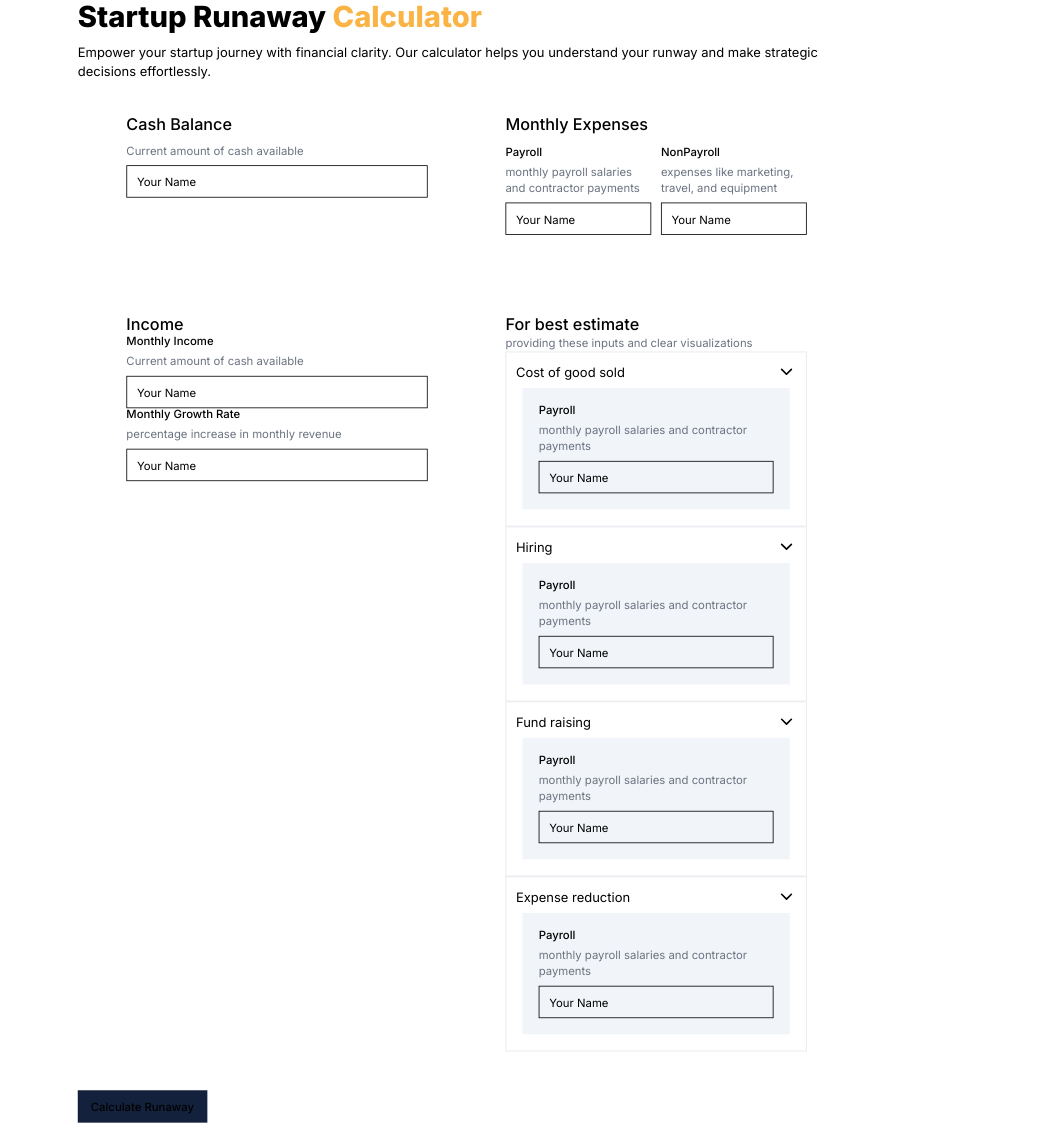
Repository: wossenF/startup-runaway-calculator
Page: /
These files come from the project's save history. The page is drawn as it stood at one moment and after a run of saves; the edit follows.
The browser window is 1280 px wide. The pictures show the whole page, at 81% of full size.
The project was rebuilt for these pictures with package versions that can differ from the ones it lists, and the page was loaded fresh each time. The framework's server and built-in components were replaced by stand-ins that run in the browser. Also part of the build but not shown: next.config.mjs.

Above is the page before, as saved 2024-04-08 14:19:31.

After the next 2 saves:
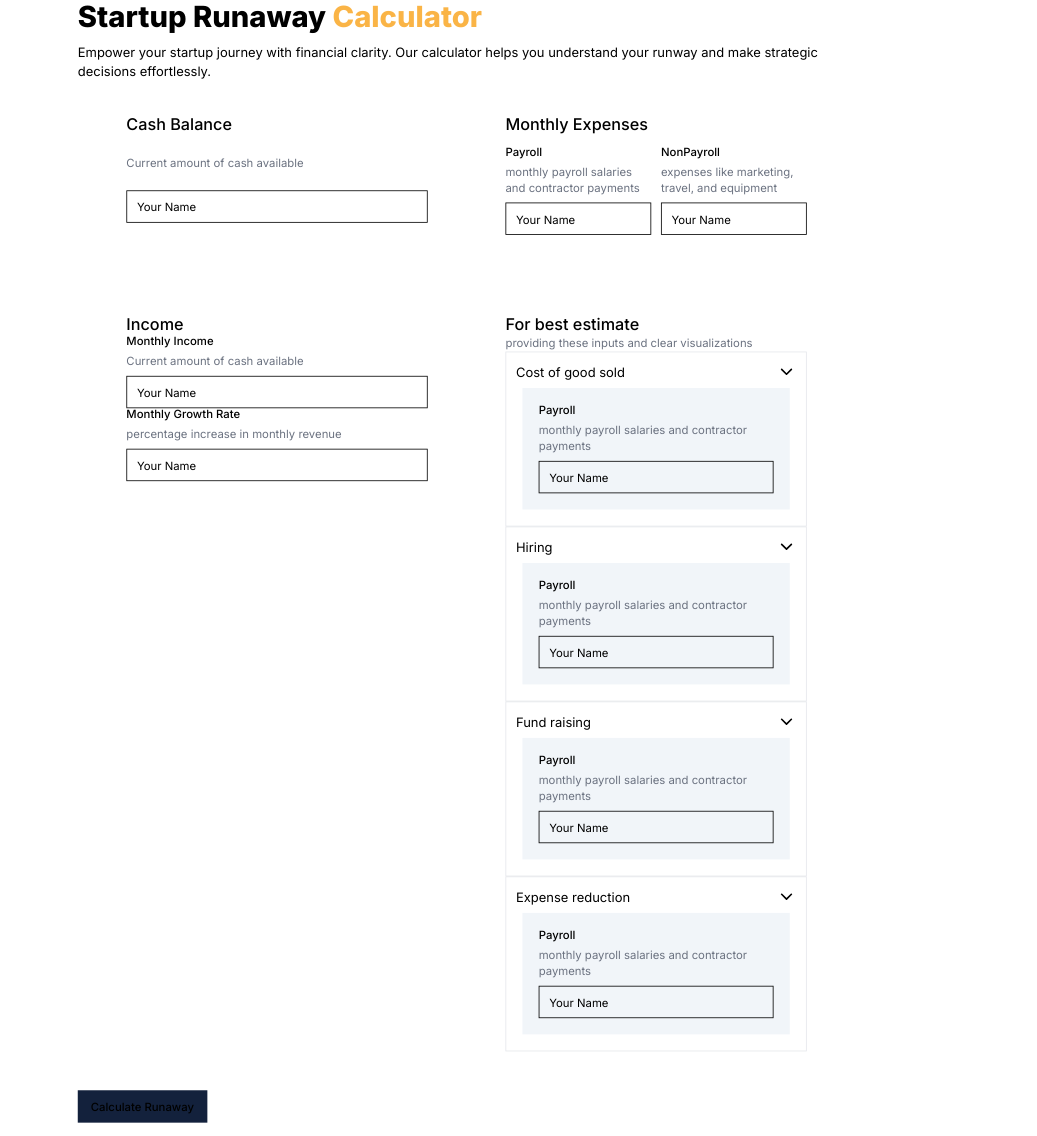
The 2 saves are shown as one change because they came seconds apart.
The last was saved 14 s later.
--- a/src/components/UserInput.tsx
+++ b/src/components/UserInput.tsx
@@ -9,7 +9,7 @@
     {/* container div */}
 
       <div className="container grid grid-cols-1 lg:grid-cols-2 gap-10 pb-5">
-        <div className="  ">
+
 
           {/* cash balance container */}
           <form className=" bg-secondary/50 rounded-lg p-7 cash-balance grid gap-2">
@@ -19,7 +19,6 @@
             </p>
             <Input name="name" placeholder="Your Name" />
           </form>
-        </div>
 
         <div className=" bg-secondary/50 rounded-lg p-7  grid gap-2">
           <Label className="font-medium text-xl">Monthly Expenses</Label>

After the save that followed:
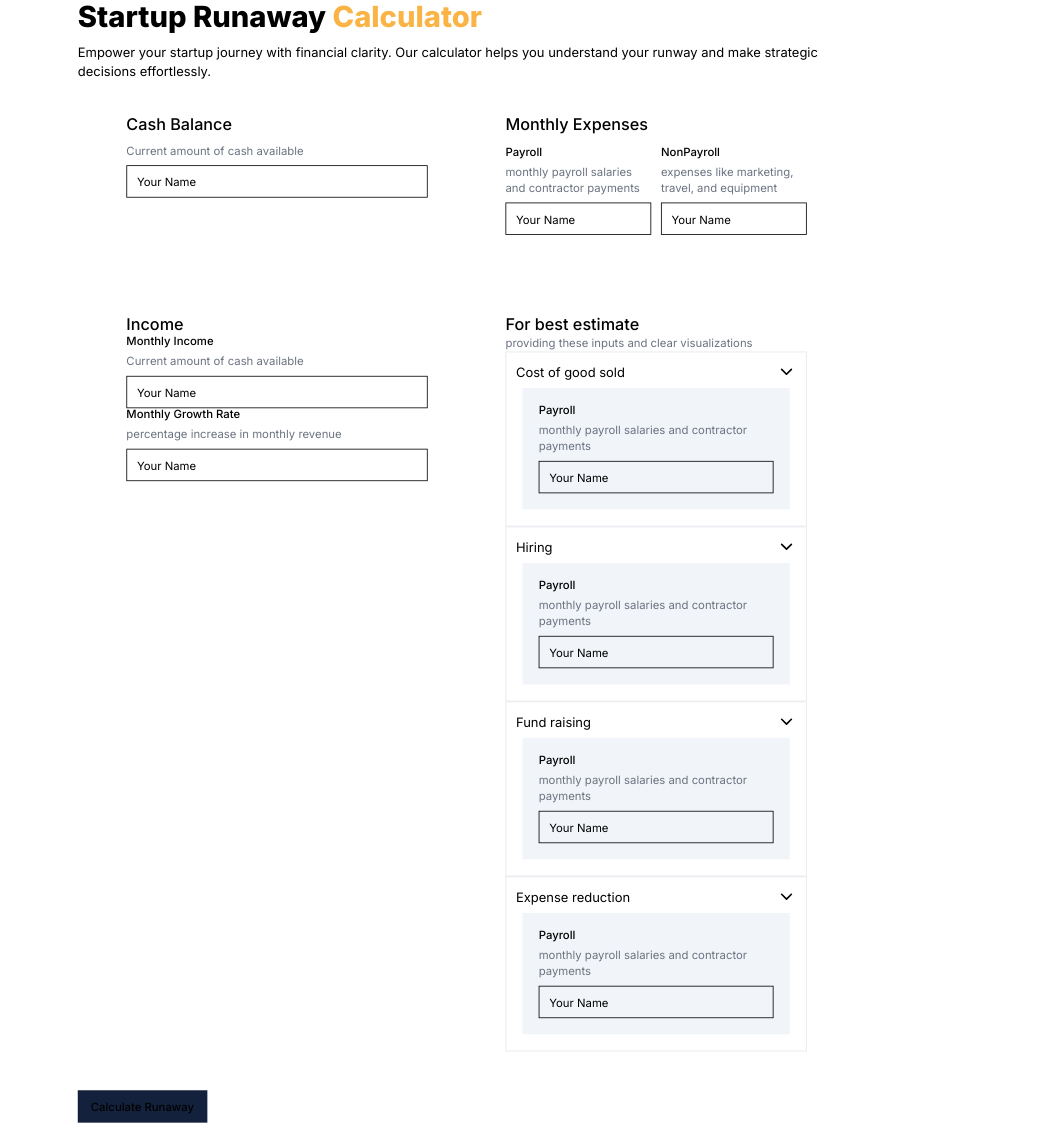
Saved 21 s later.
--- a/src/components/UserInput.tsx
+++ b/src/components/UserInput.tsx
@@ -9,16 +9,17 @@
     {/* container div */}
 
       <div className="container grid grid-cols-1 lg:grid-cols-2 gap-10 pb-5">
-
+        <div className="bg-secondary/50 rounded-lg p-7  ">
 
           {/* cash balance container */}
-          <form className=" bg-secondary/50 rounded-lg p-7 cash-balance grid gap-2">
+          <form className="cash-balance grid gap-2">
             <Label className="font-medium text-xl">Cash Balance</Label>
             <p className="text-gray-500 text-sm ">
               Current amount of cash available
             </p>
             <Input name="name" placeholder="Your Name" />
           </form>
+        </div>
 
         <div className=" bg-secondary/50 rounded-lg p-7  grid gap-2">
           <Label className="font-medium text-xl">Monthly Expenses</Label>
